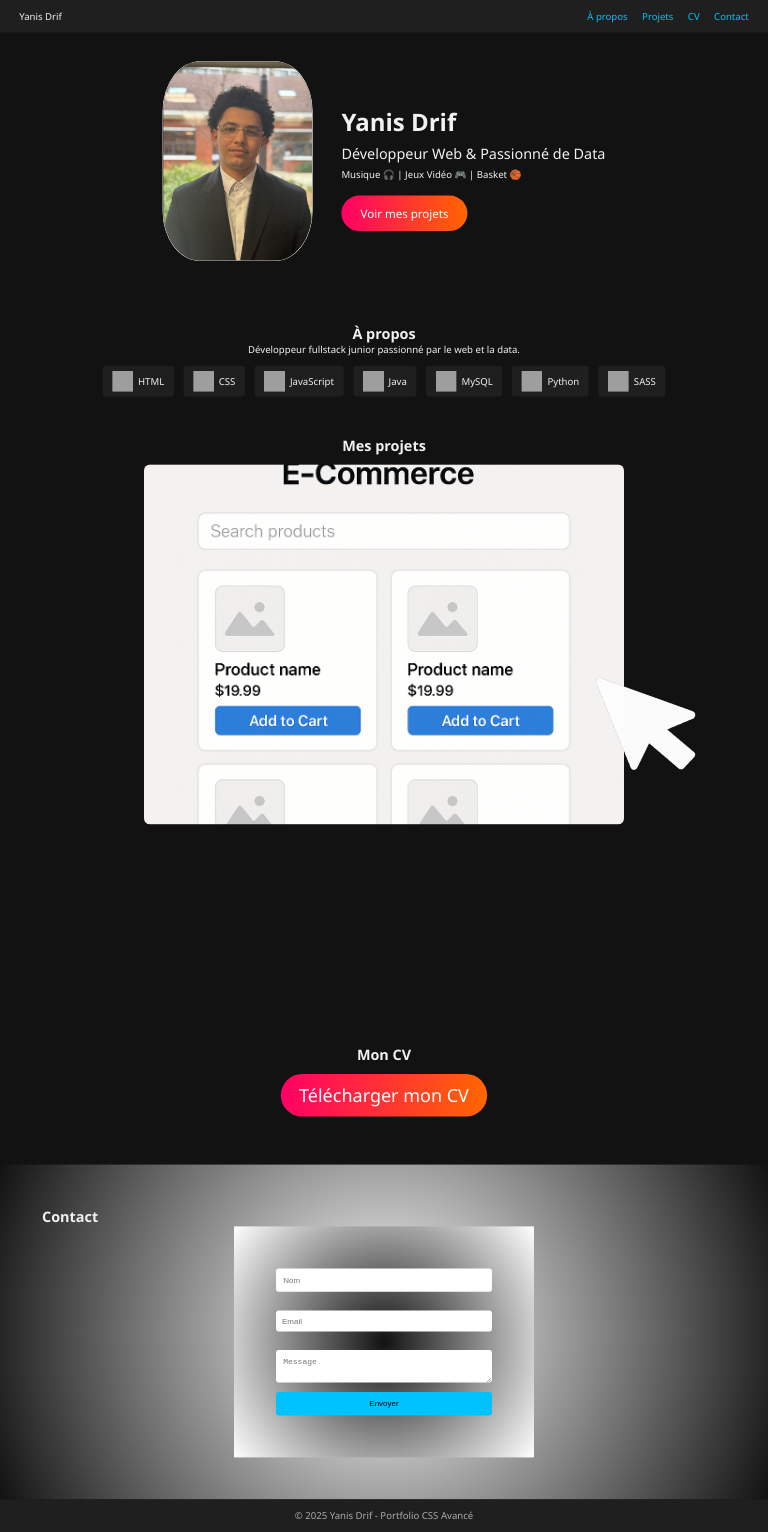
Repository: Yxniiss/ProjetCssAvance
Page: OneDrive/Bureau/Portfolio DrifYanis/home.html
An editor plug-in stored every save of this project. The page is shown before and after the next save, followed by the edit.
The browser window is 1280 px wide. The pictures show the whole page, at 60% of full size.
Pictures or frames that could not be fetched are drawn as grey boxes.

Above is the page before, as saved 2025-04-10 19:09:54.
Console error: TypeError: Cannot set properties of null (setting 'textContent')

### OneDrive/Bureau/Portfolio DrifYanis/home.html
<!DOCTYPE html>
<html lang="fr">
<head>
  <meta charset="UTF-8" />
  <meta name="viewport" content="width=device-width, initial-scale=1.0" />
  <title>Portfolio - Yanis Drif</title>
  <link rel="stylesheet" href="/style.css" />
  <script defer src="/script.js"></script>
</head>
<body>
  <nav class="navbar">
    <div class="logo">Yanis Drif</div>
    <ul class="nav-links">
      <li><a href="#apropos">À propos</a></li>
      <li><a href="#projets">Projets</a></li>
      <li><a href="#cv">CV</a></li>
      <li><a href="#contact">Contact</a></li>
    </ul>
  </nav>

  <header class="hero">
    <img src="/image/IMG_0965 (2).jpeg" alt="Photo de profil" class="hero__image" />
    <div class="hero__content">
      <h1 class="hero__name">Yanis Drif</h1>
      <p class="hero__tagline">Développeur <span>Web</span> & Passionné de Data</p>
      <p class="hero__desc">Musique 🎧 | Jeux Vidéo 🎮 | Basket 🏀</p>
      <a href="#projets" class="btn">Voir mes projets</a>
    </div>
  </header>

  <section id="apropos" class="section about">
    <h2>À propos</h2>
    <p>Développeur fullstack junior passionné par le web et la data.</p>
    <div class="skills">
      <div class="skill"><img src="https://devicon-website.vercel.app/api/html5/original-wordmark.svg" alt="HTML">HTML</div>
      <div class="skill"><img src="https://devicon-website.vercel.app/api/css3/original-wordmark.svg" alt="CSS">CSS</div>
      <div class="skill"><img src="https://devicon-website.vercel.app/api/javascript/original.svg" alt="JavaScript">JavaScript</div>
      <div class="skill"><img src="https://devicon-website.vercel.app/api/java/original-wordmark.svg" alt="Java">Java</div>
      <div class="skill"><img src="https://devicon-website.vercel.app/api/mysql/plain-wordmark.svg" alt="MySQL">MySQL</div>
      <div class="skill"><img src="https://devicon-website.vercel.app/api/python/original-wordmark.svg" alt="Python">Python</div>
      <div class="skill"><img src="https://devicon-website.vercel.app/api/sass/original.svg" alt="SASS">SASS</div>
    </div>
  </section>

  <section id="projets" class="section projets">
    <h2>Mes projets</h2>
    <div class="projects carousel">
      <a href="https://eloquent-stardust-faed17.netlify.app/"><img src="image/ChatGPT Image 10 avr. 2025, 11_03_09.png" alt="Projet 1"/></a>
      <a href="https://challengeweb.netlify.app/"><img src="/image/ChatGPT Image 10 avr. 2025, 11_09_31.png" alt="Projet 2" /></a>
      <a href="https://landingpagecat.netlify.app/"><img src="/image/ChatGPT Image 10 avr. 2025, 11_11_38.png" alt="Projet 3" /></a>
    </div>
    <div class="cursor2">
      <img src="/image/fecd8f8b-00be-49a2-b5b1-3fb5a8c2059e.png">
    </div>
  </section>

  <section id="cv" class="section_cv">
    <div class="cv-container">
      <h2>Mon CV</h2>
      <a href="/doc/CV Yanis (1) (1).pdf" download class="btn2">Télécharger mon CV</a>
    </div>
  </section>

  <section id="contact" class="section_contact">
    <h2>Contact</h2>
    <form class="contact-form">
      <input type="text" placeholder="Nom" required />
      <input type="email" placeholder="Email" required />
      <textarea placeholder="Message" required></textarea>
      <button type="submit">Envoyer</button>
    </form>
  </section>

  <footer>
    <p>&copy; 2025 Yanis Drif - Portfolio CSS Avancé</p>
  </footer>
</body>
</html>

### OneDrive/Bureau/Portfolio DrifYanis/style.css
* {
    margin: 0;
    padding: 0;
    box-sizing: border-box;
  }

  body {
    font-family: "Segoe UI", sans-serif;
    background-color: #121212;
    color: #f1f1f1;
  }


  .navbar {
    display: flex;
    justify-content: space-between;
    padding: 1rem 2rem;
    background-color: #1f1f1f;
  }

  .nav-links {
    display: flex;
    list-style: none;
    gap: 1.5rem;
  }

  .nav-links a {
    color: #00c2ff;
    text-decoration: none;
  }

  .hero {
    padding: 3rem 1rem;
    text-align: center;

  }









  .section {
    padding: 2rem 1rem;
    text-align: center;
  }

  .projects {
    display: flex;
    justify-content: center;
    gap: 1rem;
    flex-wrap: wrap;
    margin-top: 1rem;
  }

  .projects img {
    width: 800px;
    height: 600px;
    -o-object-fit: cover;
       object-fit: cover;
    border-radius: 10px;
  }

  .cursor2 img{
    width: 250px;
    position:relative;
    bottom:300px;
    left:450px;
    transform: rotate(-15deg);

  }

  .skills {
    display: flex;
    flex-wrap: wrap;
    gap: 1rem;
    justify-content: center;
    margin-top: 1rem;
  }

  .skill {
    display: flex;
    align-items: center;
    gap: 0.5rem;
    background-color: #1f1f1f;
    padding: 0.5rem 1rem;
    border-radius: 5px;
    transition: 0.3s ease, opacity 0.3s ease;
  }

  .skill:hover{
    transform: scale(1.2);
    opacity: 0.8;
  }

  .skill img {
    width: 35px;
    height: 35px;
  }

  footer {
    padding: 1rem;
    text-align: center;
    background-color: #1f1f1f;
    color: #aaa;
  }



  .btn:hover{
    box-shadow: 0 10px 20px rgba(255,0,102,0.5);
    transform: translateY(-3px);
    text-decoration: none;
  }

  .section_cv{
    padding: 2rem 1rem ;
    margin-top: -rem;
  }
  .cv-container {
    text-align: center;
    margin: 3rem auto;
    display: flex;
    flex-direction: column;
    align-items: center;
    gap: 1rem;
  }

  .btn2 {
    padding: 15px 30px;
    font-size: 30px;
    color: white;
    background: linear-gradient(90deg, #ff0066, #ff6600);
    border: none;
    border-radius: 50px;
    cursor: pointer;
    box-shadow: 0 4px 15px rgba(255, 0, 102, 0);
    transition: box-shadow 0.3s ease, transform 0.3s ease;
    text-decoration: none;
  }

  .btn2:hover {
    box-shadow: 0 10px 20px rgba(255, 0, 102, 0.5);
    transform: translateY(-3px);
  }

  /* Responsive padding ajusté si besoin */
  @media (max-width: 768px) {
    .btn2 {
      font-size: 20px;
      padding: 12px 24px;
    }

    .cv-container h2 {
      font-size: 24px;
    }
  }


  #contact{
    padding: 70px;
    background:radial-gradient(circle, #fff, #121212)
  }
  .contact-form {
    max-width: 500px;
    margin: auto;
    padding: 70px;
    display: flex;
    flex-direction: column;
    gap: 1rem;
    background:radial-gradient(circle, #121212, #fff);
  }

  .contact-form input,
  .contact-form textarea {
    padding: 0.75rem;
    border: none;
    border-radius: 5px;
  }

  .contact-form button {
    background-color: #00c2ff;
    color: #000;
    padding: 0.75rem;
    border: none;
    border-radius: 5px;
    cursor: pointer;
  }



  .start h1{
    text-align: left;
    margin-top: 100px;
    font-size: 35px;
    margin-left: 100px;
  }

  .start h2{
    text-align: left;
    margin-top: 1px;
    font-size: 70px;
    margin-left: 100px;
  }

  .start h3{
    text-align: left;
    margin-top: 1px;
    font-size: 35px;
    margin-left: 100px;
  }

  #mot {
    color:#00c2ff;
  }

  #cursor{
    display: inline-block;
    width: 10px;
    background-color:black;
    animation: blink 0.8s step-end infinite;
  }

  @keyframes blink{
    50% {
      opacity: 0;
    }
  }

  @keyframes typing{
    from{
      width: 0;
    }
    to{
      width: 100%;
    }
  }

  #main{
    opacity: 0;
    transform: translateY(0);
    transition: opacity 5s ease, transform 5s ease;
  }

  body.loaded #main{
    opacity: 1;
    transform: translateY(0);
  }


  .start p{
    text-align: left;
    margin-left: 100px;
    margin-top: 20px;
    font-size: 20px;
  }

  .ntwrks {
    position: absolute;
    top: 410px;
    left: 110px;
    display: flex;
    flex-wrap: wrap;
    gap: 1rem;
  }

  .ntwrk {
    display: flex;
    align-items: center;
    gap: 0.5rem;
    background-color: #1f1f1f;
    padding: 1rem 1rem;
    border-radius: 100px;
    transition: 0.3s ease, opacity 0.3s ease;
  }

  .ntwrk:hover{
    transform: scale(1.2);
    opacity: 0.8;
  }

  .ntwrk img {
    width: 30px;
    height: 30px;
  }

  .modern-button{
    background-color:#00c2ff;
    font-size: 16px;
    font-weight: bold;
    border:none;
    padding: 15px 30px;
    border-radius: 25px;
    cursor: pointer;
    outline: none;
    position: relative;
    right:550px;
    top:120px;
    animation:glow 1.5s infinite alternate;
    transition: 0.3s ease, opacity 0.3s ease;
  }

  .modern-button a{
    color:white;
    text-decoration: none;
  }

  .modern-button:hover{
    transform: scale(1.2);
    opacity: 1;
  }

  @keyframes glow{
    0%{
      box-shadow: 0 0 10px 5px rgba(0, 194, 255, 0.6), 0 0 20px 10px rgba(0, 194, 255, 0.4);
    }
    100%{
      box-shadow: 0 0 20px 10px rgba(0, 194, 255, 1), 0 0 30px 15px rgba(0, 194, 255, 0.8);
    }
  }

  .image{
    max-width: 30%;
    position: relative;
    bottom: 350px;
    left: 350px;
  }

  /* Overlay de fond */
.modal {
  display: none; /* 👈 cachée par défaut */
  position: fixed;
  z-index: 1000;
  left: 0;
  top: 0;
  width: 100%;
  height: 100%;
  overflow: auto;
  background-color: rgba(0, 0, 0, 0.6); /* fond assombri */
}

/* Contenu de la modale */
.modal-content {
  background-color: #1f1f1f;
  margin: 10% auto;
  padding: 30px;
  border-radius: 10px;
  width: 90%;
  max-width: 400px;
  color: white;
}

/* Champs du formulaire */
input[type="email"],
input[type="password"] {
  width: 100%;
  padding: 10px;
  margin: 15px 0;
  border-radius: 5px;
  border: none;
}

.modal-content h4 {
  text-align: center;
  margin-bottom: 20px;
  font-size: 1.5rem;
  font-weight: 600;
}

.modal-content h4 {
  text-align: center;
  margin-bottom: 20px;
  font-size: 1.5rem;
  font-weight: 600;
}

.modal-content button {
  display: block;
  width: 100%;
  padding: 12px;
  margin-top: 15px;
  font-size: 1rem;
  border-radius: 25px;
  background-color: #00c2ff;
  color: white;
  border: none;
  cursor: pointer;
  transition: background-color 0.3s ease;
}

.modal-content button:hover {
  background-color: #00a6d6;
}

/* Bouton de fermeture */
.close {
  color: #aaa;
  float: right;
  font-size: 28px;
  font-weight: bold;
  cursor: pointer;
}
.close:hover {
  color: #fff;
}


.hero {
  display: flex;
  flex-direction: column;
  align-items: center;
  padding: 3rem 1rem;
  text-align: center;
}

.hero__image {
  border-radius: 25%;
  width: 250px;
  border: 1px solid #ffffff;
  margin-bottom: 1.5rem;
}

.hero__content {
  max-width: 600px;
}

.hero__name {
  font-size: 2.5rem;
  margin-bottom: 0.5rem;
}

.hero__tagline {
  font-size: 1.5rem;
  margin-bottom: 0.5rem;
}

.hero__desc {
  margin-bottom: 1.5rem;
}

.btn {
  padding: 1rem 2rem;
  font-size: 1.2rem;
  border-radius: 50px;
  background: linear-gradient(90deg, #ff0066, #ff6600);
  color: white;
  text-decoration: none;
  display: inline-block;
  transition: 0.3s ease;
}

.btn:hover {
  transform: translateY(-3px);
  box-shadow: 0 10px 20px rgba(255, 0, 102, 0.5);
}

@media (min-width: 768px) {
  .hero {
    flex-direction: row;
    justify-content: center;
    text-align: left;
    gap: 3rem;
  }

  .hero__content {
    text-align: left;
  }
}

.loading-screen {
  display: none; /* reste caché tant qu'on ne clique pas */
  position: fixed;
  z-index: 2000;
  top: 0; left: 0;
  width: 100%;
  height: 100%;
  background-color: #121212;
  color: white;
  flex-direction: column;
  align-items: center;
  justify-content: center;
  font-size: 1.2rem;
}


.spinner {
  border: 6px solid #f3f3f3;
  border-top: 6px solid #00c2ff;
  border-radius: 50%;
  width: 60px;
  height: 60px;
  animation: spin 1s linear infinite;
  margin-bottom: 20px;
}

@keyframes spin {
  0% { transform: rotate(0deg); }
  100% { transform: rotate(360deg); }
}

### OneDrive/Bureau/Portfolio DrifYanis/script.js
document.addEventListener('DOMContentLoaded', () => {
  // Scroll fluide
  document.querySelectorAll('a[href^="#"]').forEach(anchor => {
    anchor.addEventListener('click', function (e) {
      e.preventDefault();
      const target = document.querySelector(this.getAttribute('href'));
      if (target) {
        target.scrollIntoView({ behavior: 'smooth' });
      }
    });
  });

  // Carrousel automatique
  const images = document.querySelectorAll('.carousel img');
  let currentIndex = 0;

  function showSlide(index) {
    images.forEach((img, i) => {
      img.style.display = i === index ? 'block' : 'none';
    });
  }

  function nextSlide() {
    currentIndex = (currentIndex + 1) % images.length;
    showSlide(currentIndex);
  }

  if (images.length > 0) {
    showSlide(currentIndex);
    setInterval(nextSlide, 3000);
  }

  // Texte animé
  const mot = ["Etudiant", "Developpeur web", "Pasionné de code", "Developpeur fullstack"];
  let index = 0;
  const element = document.getElementById("mot");
  const cursor = document.getElementById("cursor");

  let typingInterval;
  let currentWord = "";
  let currentCharIndex = 0;

  function commencerTypingAnimation() {
    currentWord = mot[index];
    currentCharIndex = 0;
    element.textContent = '';

    typingInterval = setInterval(() => {
      element.textContent += currentWord.charAt(currentCharIndex);
      currentCharIndex++;

      if (currentCharIndex === currentWord.length) {
        clearInterval(typingInterval);
        setTimeout(changerMot, 1000);
      }
    }, 150);
  }

  function changerMot() {
    element.textContent = mot[index];
    index++;
    if (index === mot.length) {
      index = 0;
    }
    commencerTypingAnimation();
  }
  commencerTypingAnimation();

  // Chargement du body
  window.addEventListener('load', function () {
    document.body.classList.add('loaded');
  });

  // Login modal + chargement
  const modal = document.getElementById("loginModal");
  const btn = document.getElementById("openModal");
  const span = document.querySelector(".close");
  const emailField = document.getElementById("email");
  const passwordField = document.getElementById("password");
  const loginForm = document.getElementById("loginForm");
  const loadingScreen = document.getElementById("loadingScreen");

  btn.onclick = function () {
    modal.style.display = "block";
    typeWriter(emailField, "user@example.com", () => {
      typeWriter(passwordField, "monmotdepasse");
    });
  };

  span.onclick = function () {
    modal.style.display = "none";
  };

  window.onclick = function (event) {
    if (event.target == modal) {
      modal.style.display = "none";
    }
  };

  function typeWriter(element, text, callback) {
    let i = 0;
    element.value = "";
    const speed = 50;
    const interval = setInterval(() => {
      element.value += text.charAt(i);
      i++;
      if (i === text.length) {
        clearInterval(interval);
        if (callback) callback();
      }
    }, speed);
  }

  loginForm.addEventListener("submit", (e) => {
    e.preventDefault();
    modal.style.display = "none";
    loadingScreen.style.display = "flex";

    setTimeout(() => {
      window.location.href = "/home.html";
    }, 3000);
  });
});

After the next save:
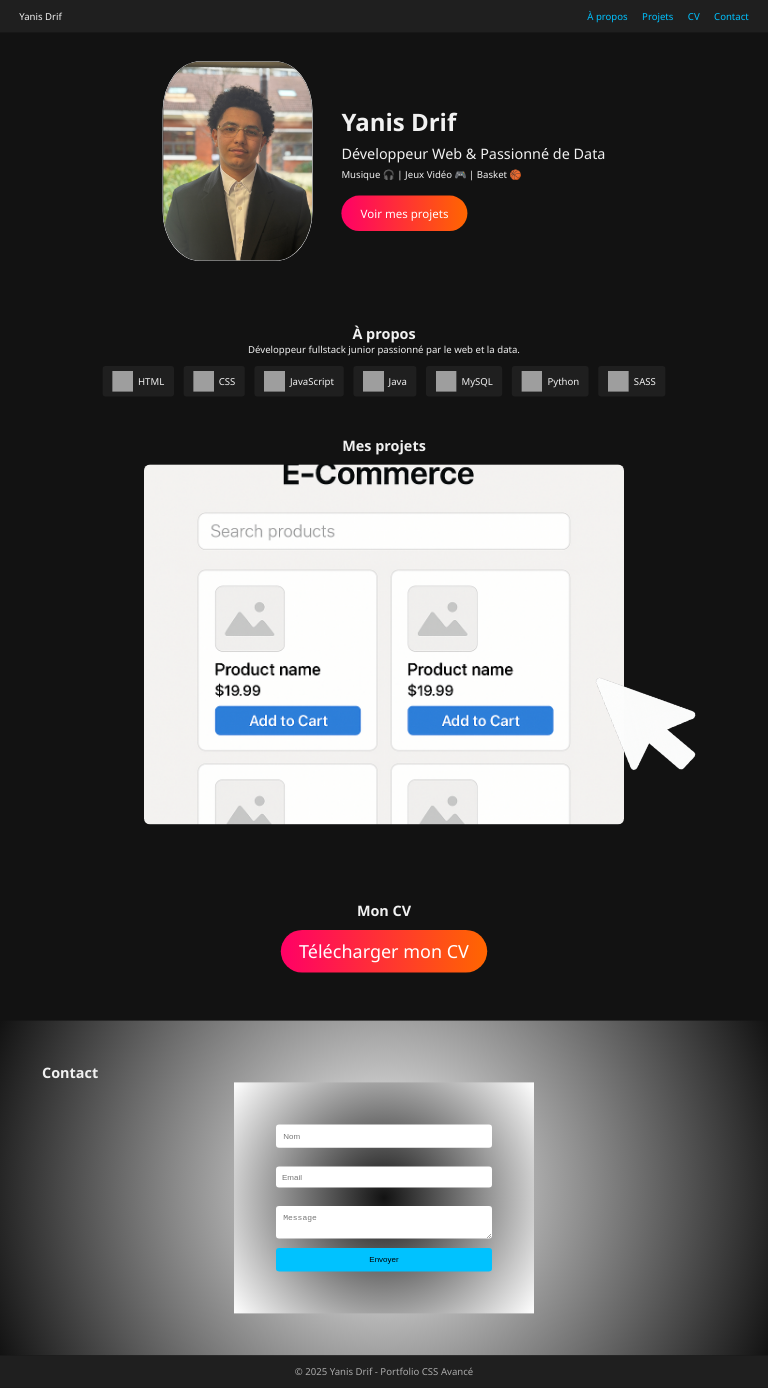
Saved 38 s later.
--- a/OneDrive/Bureau/Portfolio DrifYanis/style.css
+++ b/OneDrive/Bureau/Portfolio DrifYanis/style.css
@@ -118,7 +118,7 @@
 
   .section_cv{
     padding: 2rem 1rem ;
-    margin-top: -rem;
+    margin-top: -15rem;
   }
   .cv-container {
     text-align: center;
